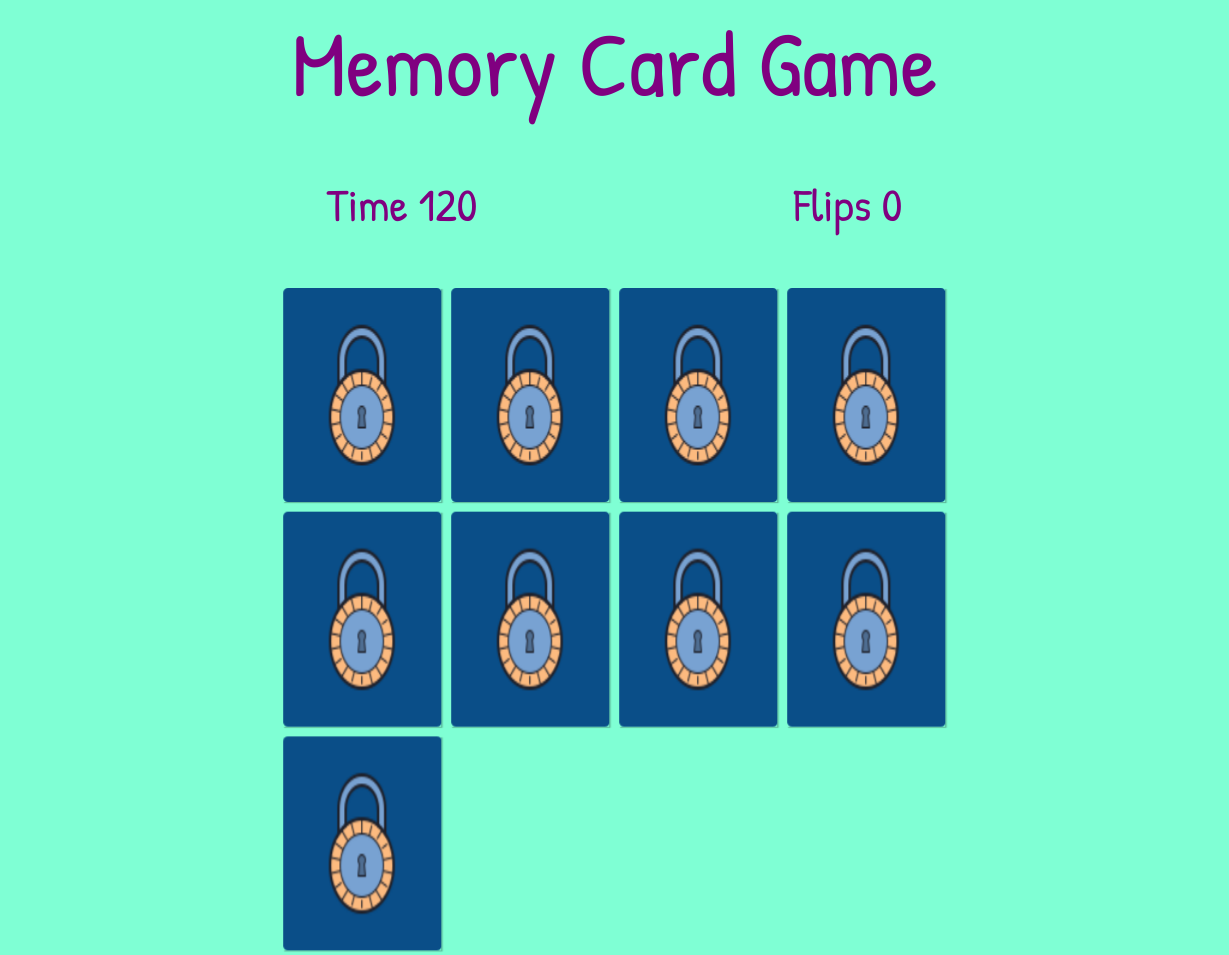
Repository: claudiadanaila1/Project-2--Interactive-FrontEnd---Memory-game
Page: index.html
The author's editor kept a record of every edit. The page is drawn from the files as they stood at one moment, then again after the next edit.
The browser window is 1280 px wide. The pictures show the whole page, at 96% of full size.

Above is the page before.

After the next edit:
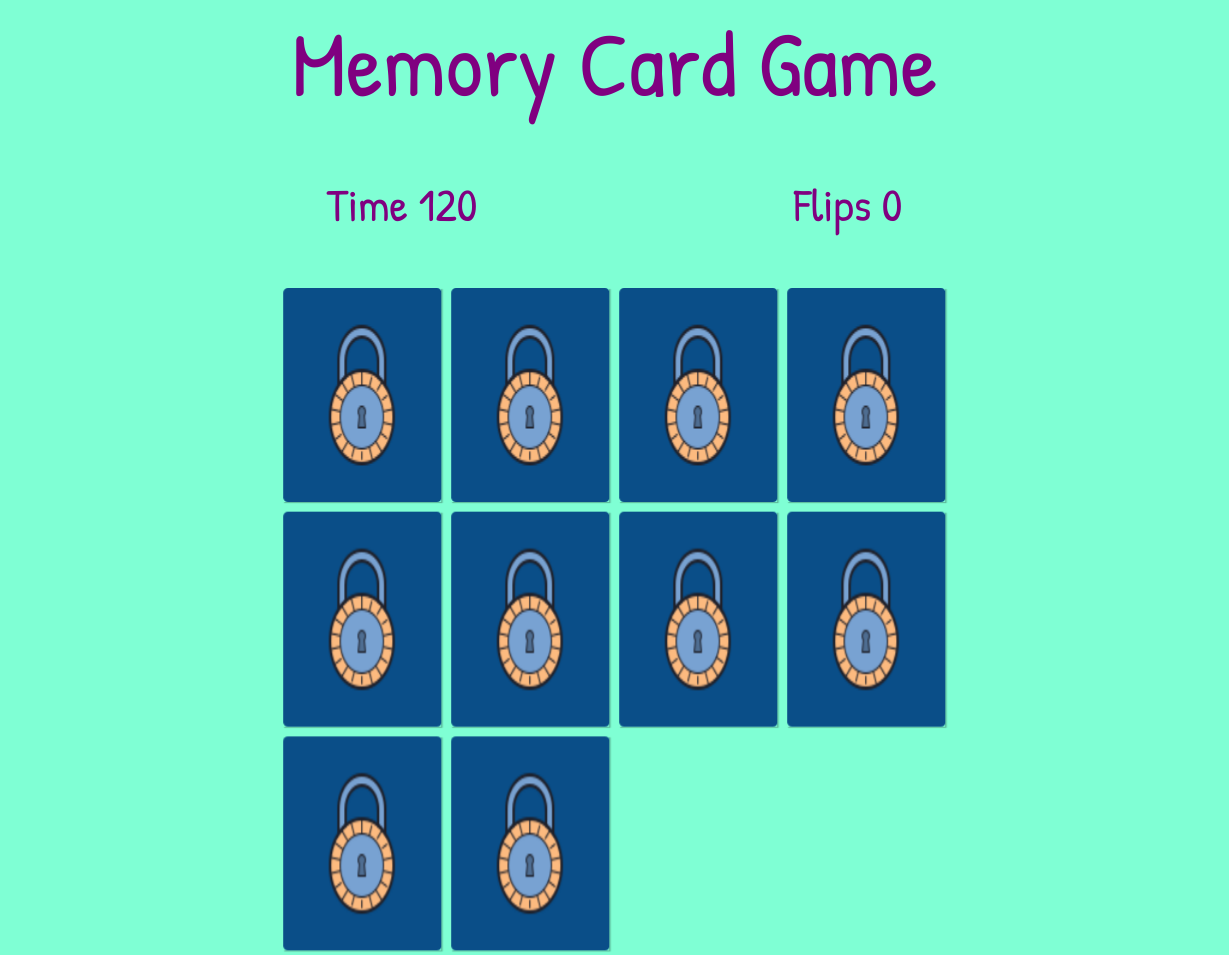
The edit:
--- a/index.html
+++ b/index.html
@@ -33,6 +33,10 @@
           <img class="card-back"  src="assets/images/icon8-lock.png" alt="lock" />
       </div>
       <div class="memory-card">
+          <img class="card-front" src="assets/images/jelly2.jpg" alt="jelly-fish"/>
+          <img class="card-back"  src="assets/images/icon8-lock.png" alt="lock" />
+      </div>
+      <div class="memory-card">
           <img class="card-front" src="assets/images/jelly3.jpg" alt="jelly-fish"/>
           <img class="card-back"  src="assets/images/icon8-lock.png" alt="lock" />
       </div>
